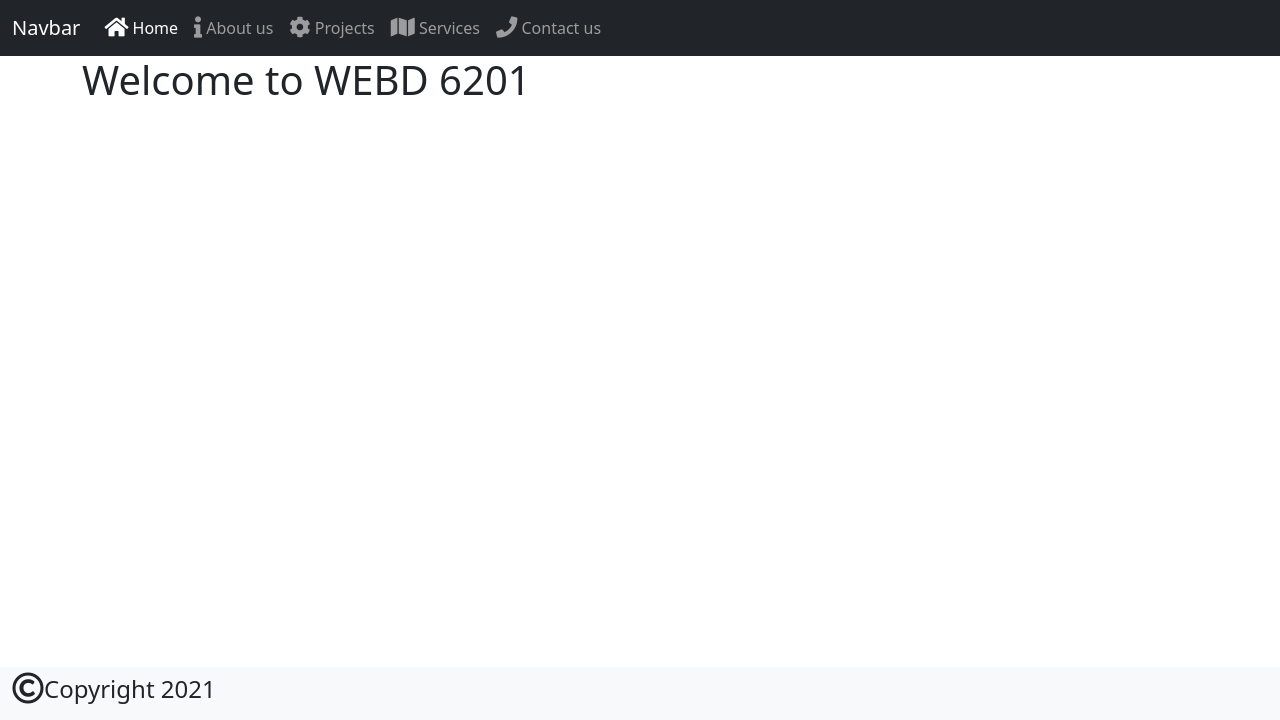
Repository: Hasib001/WEBD6201---W2021---ICE-1
Page: index.html
An editor plug-in stored every save of this project. The page is shown before and after the next save, followed by the edit.
The browser window is 1280 px wide. The pictures show the whole page.

Above is the page before, as saved 2021-01-22 22:44:39.

After the next save:
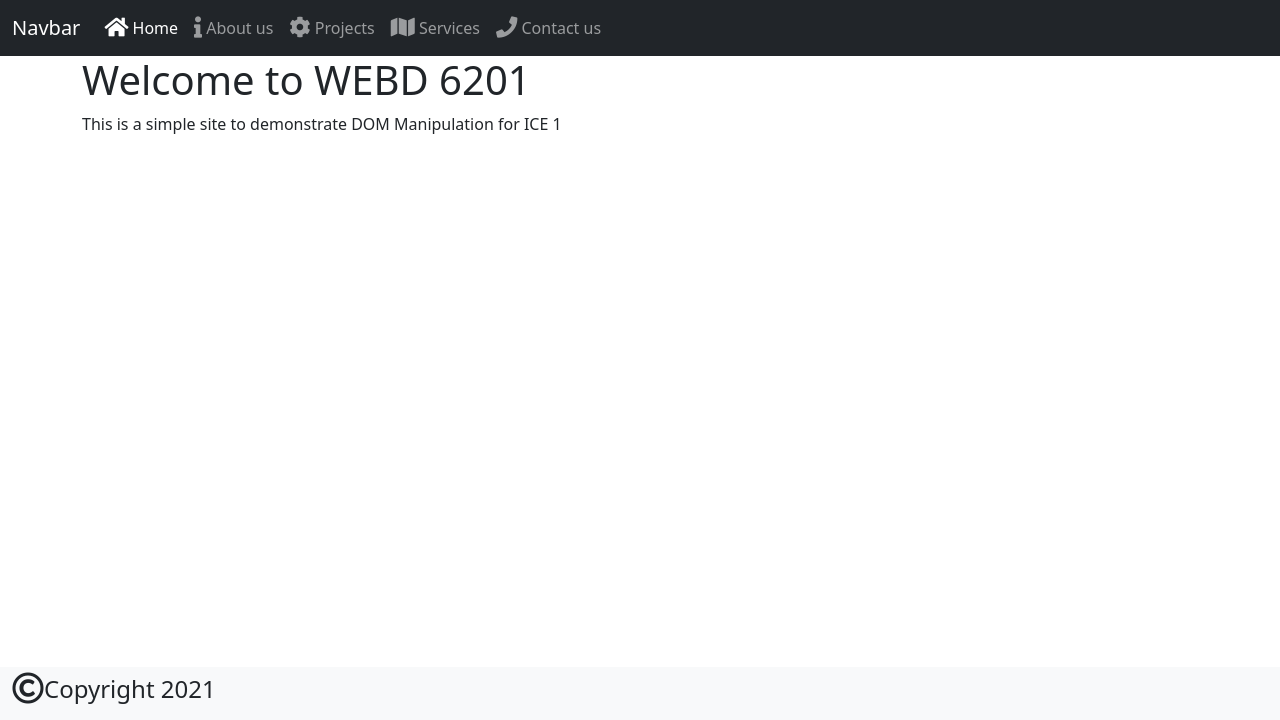
Saved 9 min 0 s later.
--- a/Scripts/app.js
+++ b/Scripts/app.js
@@ -15,7 +15,10 @@
 
         let paragraphOneElement=document.getElementById("paragraphOne");
 
-        console.log(paragraphOneElement);
+        paragraphOneElement.textContent=paragraphOneText;
+
+
+
     }
 
     window.addEventListener("load",Start);
